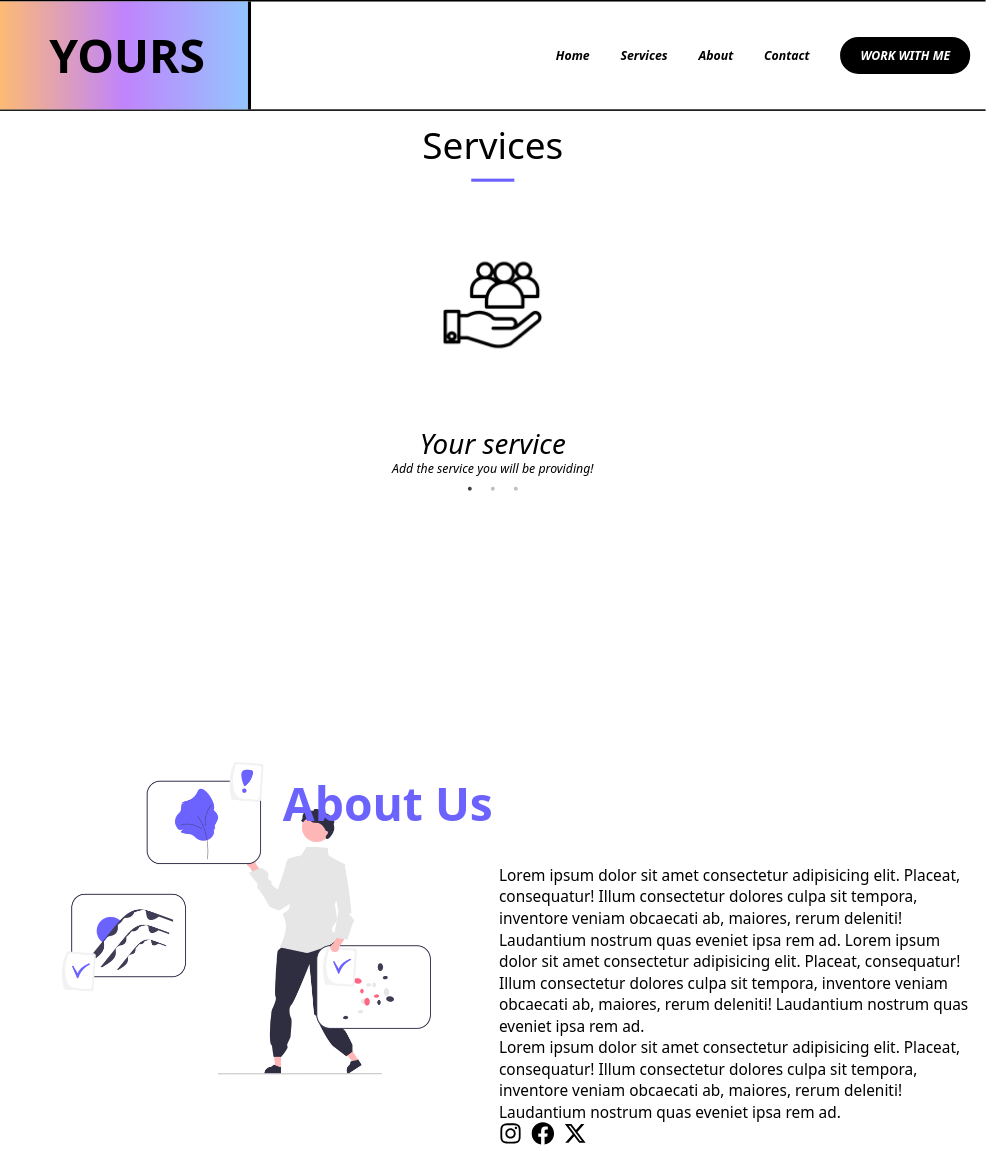
Repository: Al123Kudayyd/eportfolio
Page: /
The author's editor kept a copy of each file at every save. The page is drawn from the files as they stood at one save, then again after a run of saves.
The browser window is 1280 px wide. The page is 1305 px wide, so the pictures cover 1305 px, including what lies to the right of the window. The pictures show the whole page, at 77% of full size.
The project was rebuilt for these pictures with package versions that can differ from the ones it lists, and the page was loaded fresh each time. Also part of the build but not shown: src/components/AboutService.jsx.

Above is the page before, as saved 2024-02-27 10:46:01.

After the next 2 saves:
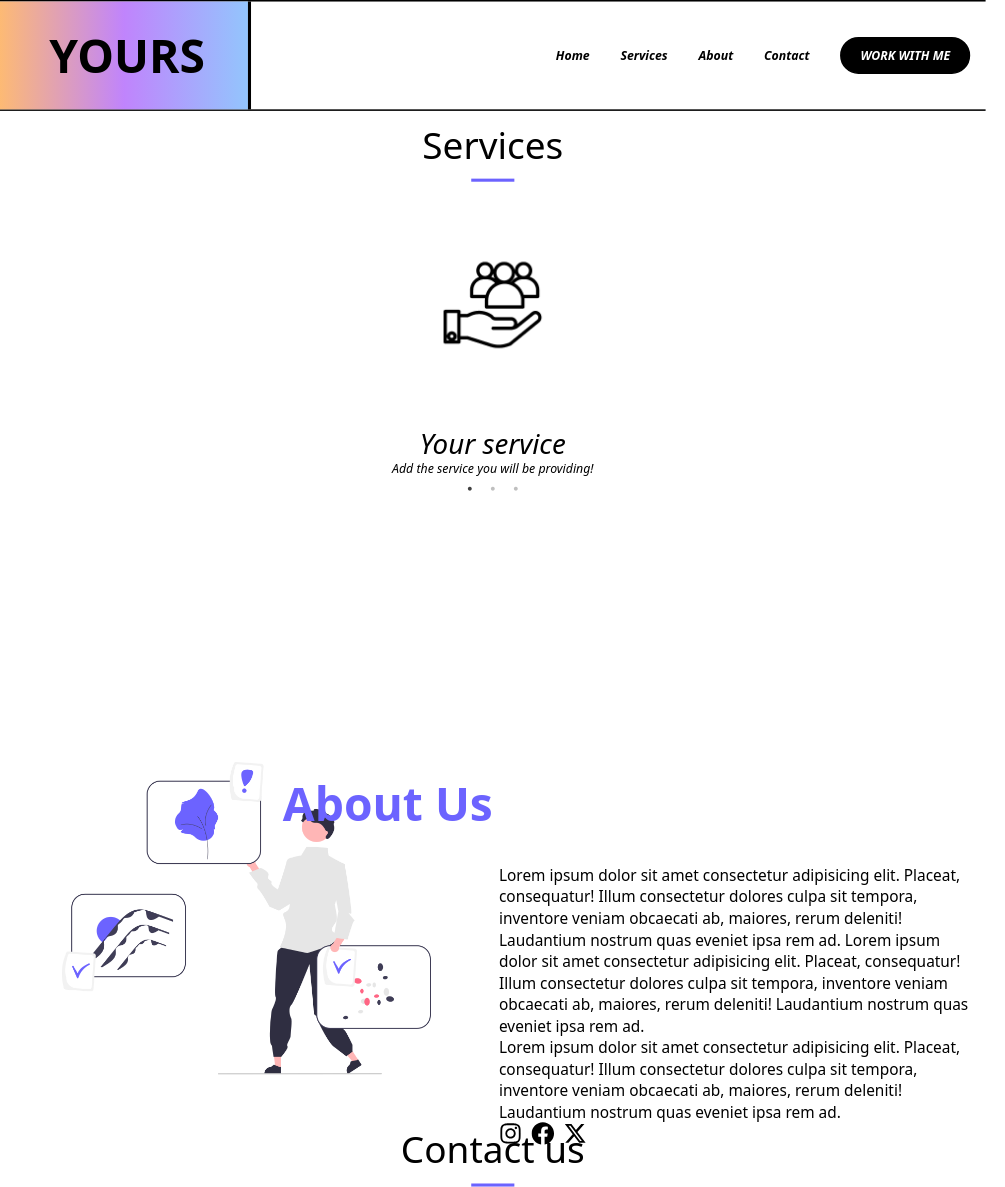
The 2 saves are shown as one change because 1 did not build or start.
The last was saved 15 s later.
--- a/src/App.js
+++ b/src/App.js
@@ -3,6 +3,7 @@ import './App.css';
 import Nav from './components/Nav';
 import Services from './components/Services';
 import About from './components/About';
+import Contact from './components/Contact';
 
 function App() {
   return (
@@ -10,6 +11,7 @@ function App() {
       <Nav />
       <Services />
       <About />
+      <Contact />
     </div>
   );
 }
